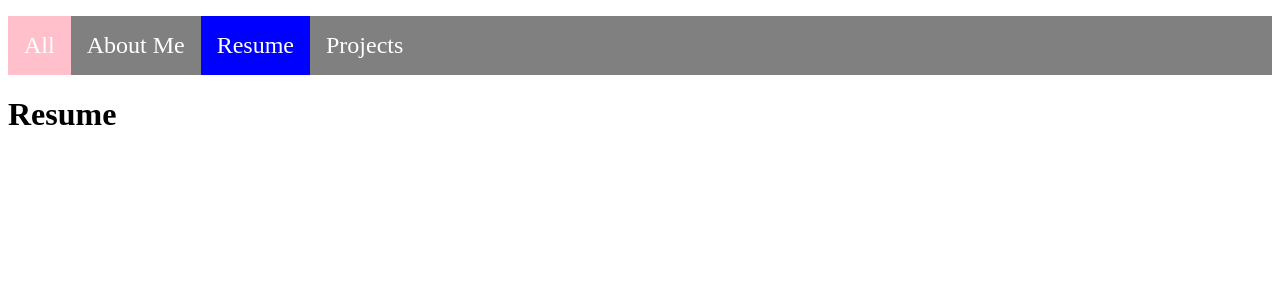
Repository: ChristianCain/ChristianCain.github.io
Page: resume.html
The author's editor kept a record of every edit. The page is drawn from the files as they stood at one moment, then again after the next edit.
The browser window is 1280 px wide. The pictures show the whole page.
The pointer rests on the first visible `.navbar li`.

Above is the page before.

After the next edit:
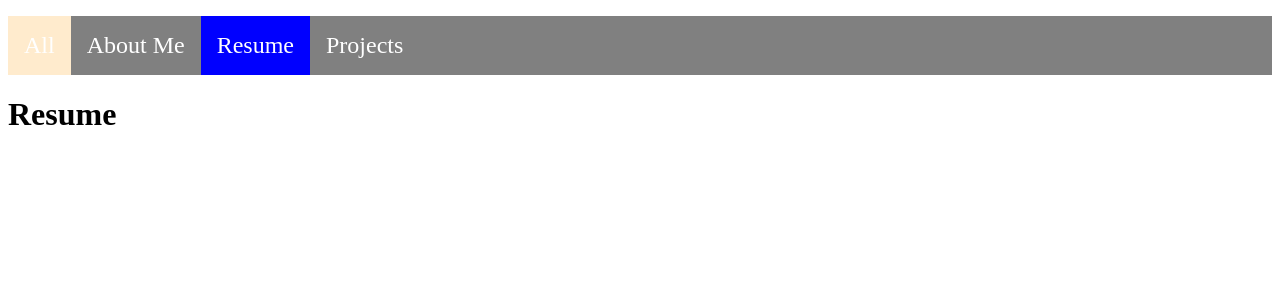
The edit:
--- a/style.css
+++ b/style.css
@@ -23,7 +23,7 @@
             }
 
             .navbar li:hover{
-                background-color:pink;
+                background-color: blanchedalmond;
             }
 
             .dropdown-content{
